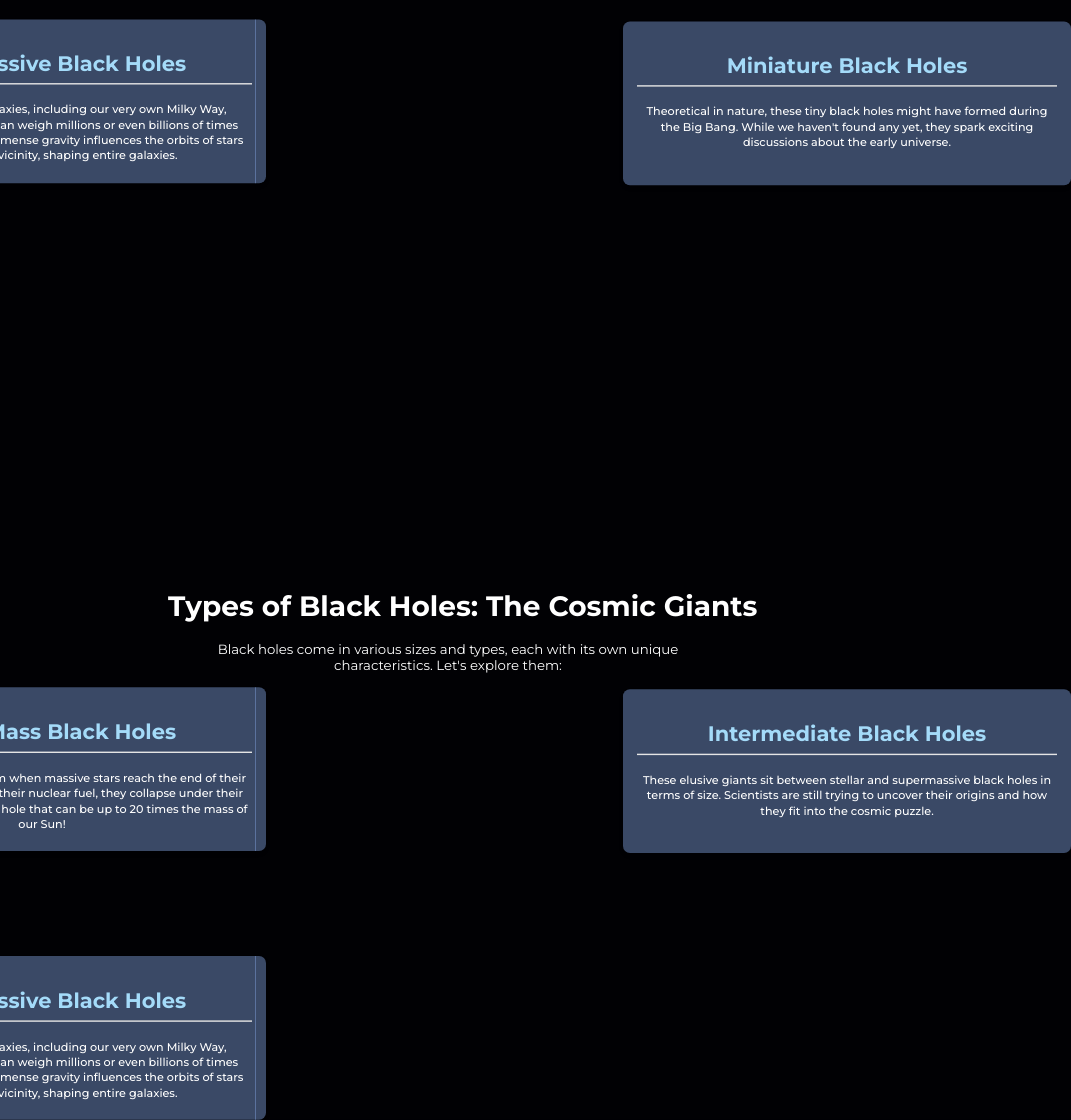
Repository: english-only/Space-Website
Page: black_hole.html
The author's editor kept a copy of each file at every save. The page is drawn from the files as they stood at one save, then again after a run of saves.
The browser window is 1280 px wide. The page is 1530 px wide, so the pictures cover 1530 px, including what lies to the right of the window. The pictures show the part of the page from y = 1524 to 3124 px (the page is 3124 px tall), at 70% of full size.
Backgrounds fixed to the window are drawn as part of the page.

Above is the page before, as saved 2025-04-14 13:47:43.

After the next 2 saves:
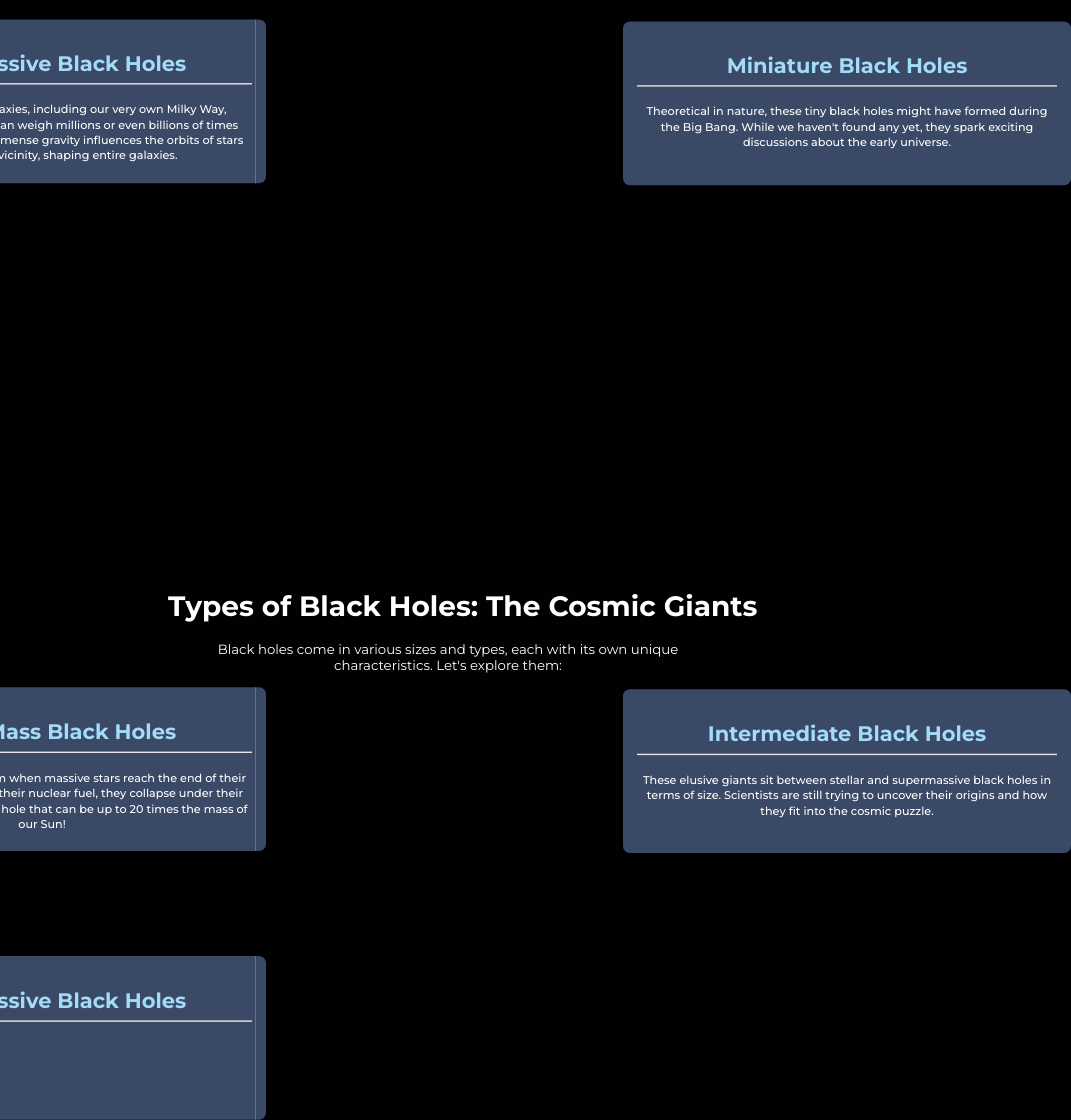
The 2 saves are shown as one change because they came seconds apart.
The last was saved 10 s later.
--- a/black_hole.html
+++ b/black_hole.html
@@ -105,13 +105,6 @@
         <div class="black-hole-type">
           <h2>Supermassive Black Holes</h2>
           <div class="content">
-            <p>
-              Found at the heart of galaxies, including our very own Milky Way,
-              supermassive black holes can weigh millions or even billions of
-              times more than the Sun. Their immense gravity influences the
-              orbits of stars and gas in their vicinity, shaping entire
-              galaxies.
-            </p>
           </div>
         </div>
         <div class="black-hole-type u-idiot intermediate">
